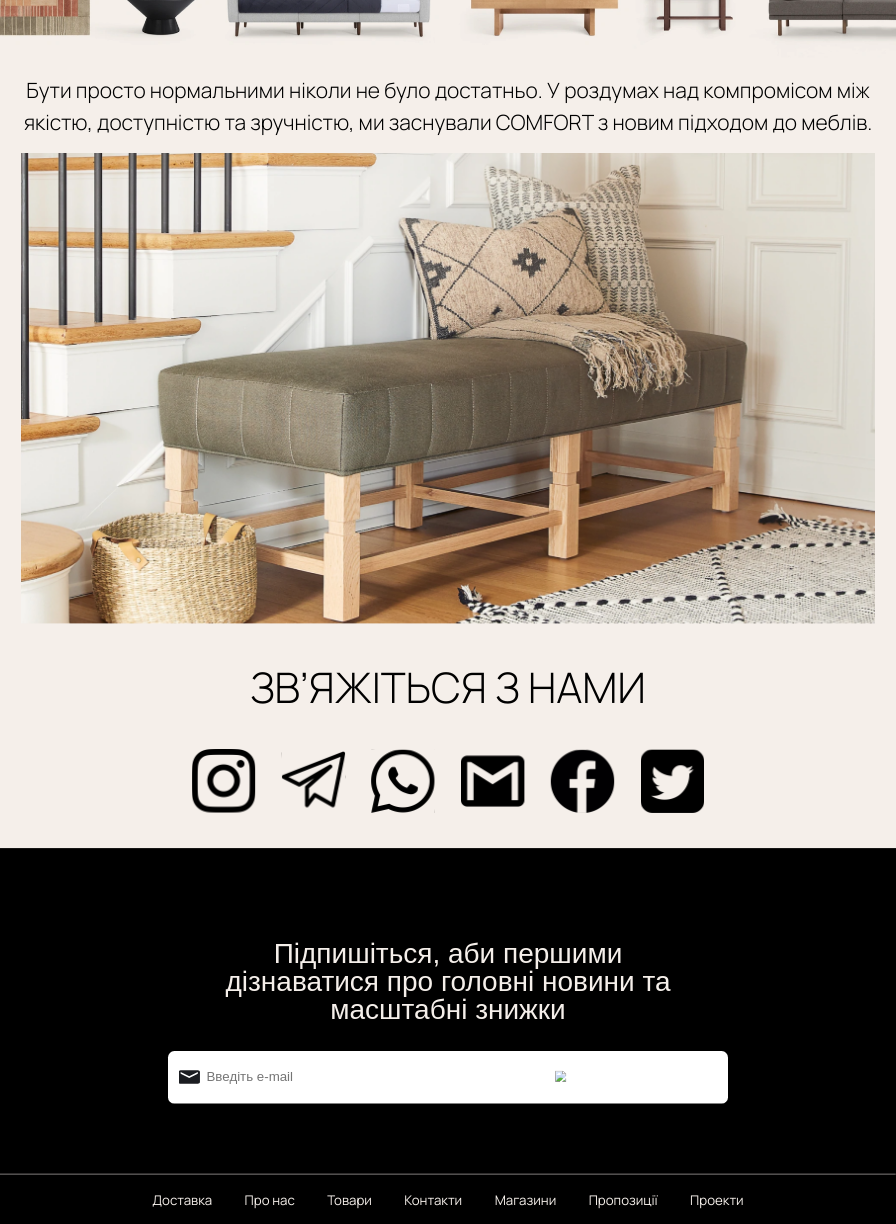
Repository: malykhinaIra/laravel
Page: http://localhost/Info
These files come from the project's save history. The page is drawn as it stood at one moment and after the next save; the edit follows.
The browser window is 1280 px wide. The pictures show the part of the page from y = 2222 to 4142 px (the page is 3971 px tall before and 4142 px after), at 70% of full size.
Some web fonts or font styles are not loaded; a fallback is used. The page is served by the project's Laravel application, run on PHP 8.4 with Laravel 9. Other server files are loaded and not shown.

Above is the page before, as saved 2022-05-06 20:50:19.

### blog/routes/web.php
<?php

use Illuminate\Support\Facades\Route;

/*
|--------------------------------------------------------------------------
| Web Routes
|--------------------------------------------------------------------------
|
| Here is where you can register web routes for your application. These
| routes are loaded by the RouteServiceProvider within a group which
| contains the "web" middleware group. Now create something great!
|
*/

Route::get('/', 'App\Http\Controllers\MainController@forLend');

Route::get('/Lend', 'App\Http\Controllers\MainController@forLend');

Route::get('/Catalog', 'App\Http\Controllers\MainController@forCatalog');

Route::get('/Info', 'App\Http\Controllers\MainController@forInfo');

Route::get('/yourReview', 'App\Http\Controllers\MainController@review');

Route::post('/yourReview/check', 'App\Http\Controllers\MainController@check');

### blog/app/Http/Controllers/MainController.php
<?php

namespace App\Http\Controllers;

use Illuminate\Http\Request;

class MainController extends Controller {

    public function forLend() {
        return view('lend');
    }

    public function forCatalog() {
        return view('catalog');
    }

    public function forInfo() {
        return view('info');
    }

    public function review() {
        return view('yourReview');
    }

    public function check(Request $request) {
        $valid = $request->validate([
            'username' => 'required|min:5|max:50',
            'email' => 'required|min:5|max:50',
            'message' => 'required|min:15|max:500'
        ]);
        dd($request);
    }

}

### blog/resources/views/info.blade.php
<!DOCTYPE html>
<html lang="ua">

<head>
    <meta charset="UTF-8">
    <meta http-equiv="X-UA-Compatible" content="IE=edge">
    <meta name="viewport" content="width=device-width, initial-scale=1.0">
    <title>Про нас</title>
    <link rel="preconnect" href="https://fonts.googleapis.com">
    <link rel="preconnect" href="https://fonts.gstatic.com" crossorigin>
    <link rel="preconnect" href="https://fonts.googleapis.com">
    <link rel="preconnect" href="https://fonts.gstatic.com" crossorigin>
    <link href="https://fonts.googleapis.com/css2?family=Lexend&family=Manrope:wght@200;300;400;500;600&display=swap"
        rel="stylesheet">
    <link
        href="https://fonts.googleapis.com/css2?family=Lexend:wght@300&family=Manrope:wght@200;300;400;500;600&display=swap"
        rel="stylesheet">
    <link rel="preconnect" href="https://fonts.googleapis.com">
    <link rel="preconnect" href="https://fonts.gstatic.com" crossorigin>
    <link href="https://fonts.googleapis.com/css2?family=Lexend&family=Manrope:wght@200;300;400;500;600&display=swap"
        rel="stylesheet">
    <link rel="preconnect" href="https://fonts.googleapis.com">
    <link rel="preconnect" href="https://fonts.gstatic.com" crossorigin>
    <link href="https://fonts.googleapis.com/css2?family=Manrope:wght@200;300;400;500;600&display=swap"
        rel="stylesheet">
    <link rel="stylesheet" href="css/info.css">
    <link rel="stylesheet" href="css/bootstrap-grid.min.css">
    <meta name="viewport" content="width=device-width">
</head>

<body>
    <hr class="hide">
    <main>
        <section class="main-img">
            <div class="container">
                <div class="row">
                    <div class="col-6">
                        <img src="img/image 38.png" class="picture">
                        <img src="img/image 38 (1).png" class="picture-mobile">
                    </div>
                    <div class="col-6" id="frame">
                        <div style="margin: 0 auto;">
                            <h1>Пpo «COMFORT»</h1>
                            <p>Ми віримо, що комфорт повинен бути доступним кожному. Маєте бажання дізнатися більше?
                                <a href="#info"><div class="button"><img src="img/Group 63 (2).svg"></div></a>
                        </div>
                    </div>
                </div>
            </div>
        </section>
        <section class="our-features">
            <h1><a name="info"></a>МЕБЛЕВА ПРОМИСЛОВІСТЬ ПОТРЕБУЄ ЗМІН</h1>
            <div class="container">
                <br>
                <div class="row">
                    <div class="col">
                        <img src="img/image 40.png"
                            style="max-width: 100%; display: block;">
                    </div>
                    <div class="col">
                        <div class="feature">
                            <h2>Відповідність ціни та якості</h2>
                            <p>Нашим першим завданням було надати клієнтам можливість купувати стильні, комфортні, та
                                при цьому не надто дорогі меблі.</p>
                            <a href="#"><img src="img/Group 64.svg"> </a>
                        </div>
                    </div>
                </div>
                <div class="row" id="second">
                    <div class="col">
                        <div class="feature-1">
                            <h2>Інноваційний дизайн</h2>
                            <p>Наша студія закріплює свою практику в двох напрямках дизайну: американському модернізмі
                                та сучасному скандинавському стилі.</p>
                            <a href="#"><img src="img/Group 64.svg"> </a>
                        </div>
                    </div>
                    <div class="col">
                        <img src="img/image 30.png">
                    </div>
                </div>
            </div>
        </section>
        <section class="unique">
            <h1>МИ НЕ ЗВИЧАЙНА МЕБЛЕВА КОМПАНІЯ</h1>
            <img src="img/image 27.png" width="100%">
            <div class="container">
                <p>Бути просто нормальними ніколи не було достатньо. У роздумах над компромісом між якістю, доступністю
                    та зручністю, ми заснували COMFORT з новим підходом до меблів.</p>
                <br>
                <img src="img/image 39.png" width="100%">
                <h2>ЗВ’ЯЖІТЬСЯ З НАМИ</h2>
                <div class="contacts" style="padding: 0px 20%; display: flex; justify-content: space-between; align-items: center;">
                    <a href="#"><img src="img/image 32.svg"></a>
                    <a href="#"><img src="img/image 33.svg"></a>
                    <a href="#"><img src="img/image 34.svg"></a>
                    <a href="#"><img src="img/image 35.svg"></a>
                    <a href="#"><img src="img/image 36.svg"></a>
                    <a href="#"><img src="img/image 37.svg"></a>
                </div>
            </div>
        </section>
    </main>
    <footer id="bottom">
    <section class="form">
    <?php if (!isset($_POST["mail"])) { ?>
                <p>Підпишіться, аби першими дізнаватися про головні новини та масштабні знижки</p>
                <div class="subscribe">
                    <form method="POST" style="width:800px; margin: 0; display: flex; align-items: center;">
                        <div style="display: flex; align-items: center;">
                            <img src="img/Shape.svg" class="message">
                            <input style="width:500px; outline: none; border: none; font-size: 25px;" type="text" name="mail" placeholder="Введіть e-mail">
                        </div>
                        <button type="submit" style="background: none; border: 0; padding:0;"><img src="img//Group 61.svg" class="sub-btn"></button>
                    </form>
                </div>
            <?php } else { ?>
                <p style="padding-top: 130px; color: #F5EFEA">Дякуємо за підписку! Перевірте свою поштову скриньку
                    <?php
                    echo htmlspecialchars($_POST["mail"]);
                    ?>
                    <a style="color: #F5EFEA; border: 0; padding:0;">
                        <p style="font-style: italic; padding: 0px; font-size:25px;">Назад
                    </a>
                <?php } ?>
    </section>
    <hr>
    <section class="footer-1">
        <a href="#">Доставка</a>
        <a href="header.php?page=info">Про нас</a>
        <a href="header.php?page=catalog">Товари</a>
        <a href="#">Контакти</a>
        <a href="#">Магазини</a>
        <a href="#">Пропозиції</a>
        <a href="#">Проекти</a>
    </section>
    <br>
</footer>
</body>

### blog/resources/views/header.blade.php
<header class="header">
</div>
        <div class="nav-1">
            <div class="nav-toggle">
                <div class="container">
                    <a href="/Info" width="10%" onclick>
                        <img src="img/Group 65.svg" class="menu">
                    </a>
                    <div class="logo"><a href="index.html">COMFORT</a></div>
                    <div class="row">
                        <div class="col">
                            <a href="#" style="margin-right: 2.5%;"><img src="img/Group 56.svg"></a>
                        </div>
                        <div class="col">
                            <a href="#"><img src="img/Group 55.svg"></a>
                        </div>
                    </div>
                </div>
            </div>
            <hr>
            <div class="border-1">
                <input type="text" size="19" placeholder="Пошук меблів">
                <a href="#" class="search-1"><img src="img/image 22 (1).svg"></a>
            </div>
        </div>

        <section class="nav">
            <a href="/Lend" class="logo">COMFORT</a>
            <a href="/Info">Про нас</a>
            <a href="#">Доставка</a>
            <a href="#">Підтримка</a>
            <a href="/Catalog">Каталог</a>
            <div class="border">
                <input type="text" size="19" placeholder="Пошук меблів" style="margin-bottom: 6px;">
                <a href="#" class="search"><img src="img/image 22 (1).svg"></a>
            </div>
            <div class="shops">
                <a href="#" style="margin-right: 5px;"><img src="img/image 57.svg"></a>
                <a href="#">Магазини</a>
            </div>
            <div class="icons">
                <a href="#"><img src="img/Group 55.svg"></a>
                <a href="#"><img src="img/Group 56.svg"></a>
                <a href="#"><img src="img/user.svg"></a>
            </div>
        </section>
    </header>

    <div class="forYield">
        @yield('content')
    </div>

Loaded but not shown: blog/app/Http/Controllers/Controller.php (common file); blog/public/css/bootstrap-grid.min.css (library); blog/public/img/Group 56.svg (4 lines, source omitted); blog/public/img/user.svg (3 lines, source omitted); blog/public/img/Group 55.svg (10 lines, source omitted); blog/public/img/image 33.svg (9 lines, source omitted); blog/public/img/image 35.svg (9 lines, source omitted); blog/public/img/image 22 (1).svg (9 lines, source omitted); blog/public/img/Shape.svg (3 lines, source omitted); blog/public/img/image 32.svg (9 lines, source omitted); blog/public/img/image 34.svg (9 lines, source omitted); blog/public/img/image 36.svg (9 lines, source omitted); blog/public/img/image 37.svg (9 lines, source omitted); blog/public/img/image 57.svg (9 lines, source omitted); blog/public/img/Group 63 (2).svg (6 lines, source omitted); blog/public/img/Group 64.svg (4 lines, source omitted); blog/public/img/Group 65.svg (5 lines, source omitted); blog/public/css/info.css (925 lines, source omitted)

After the next save:
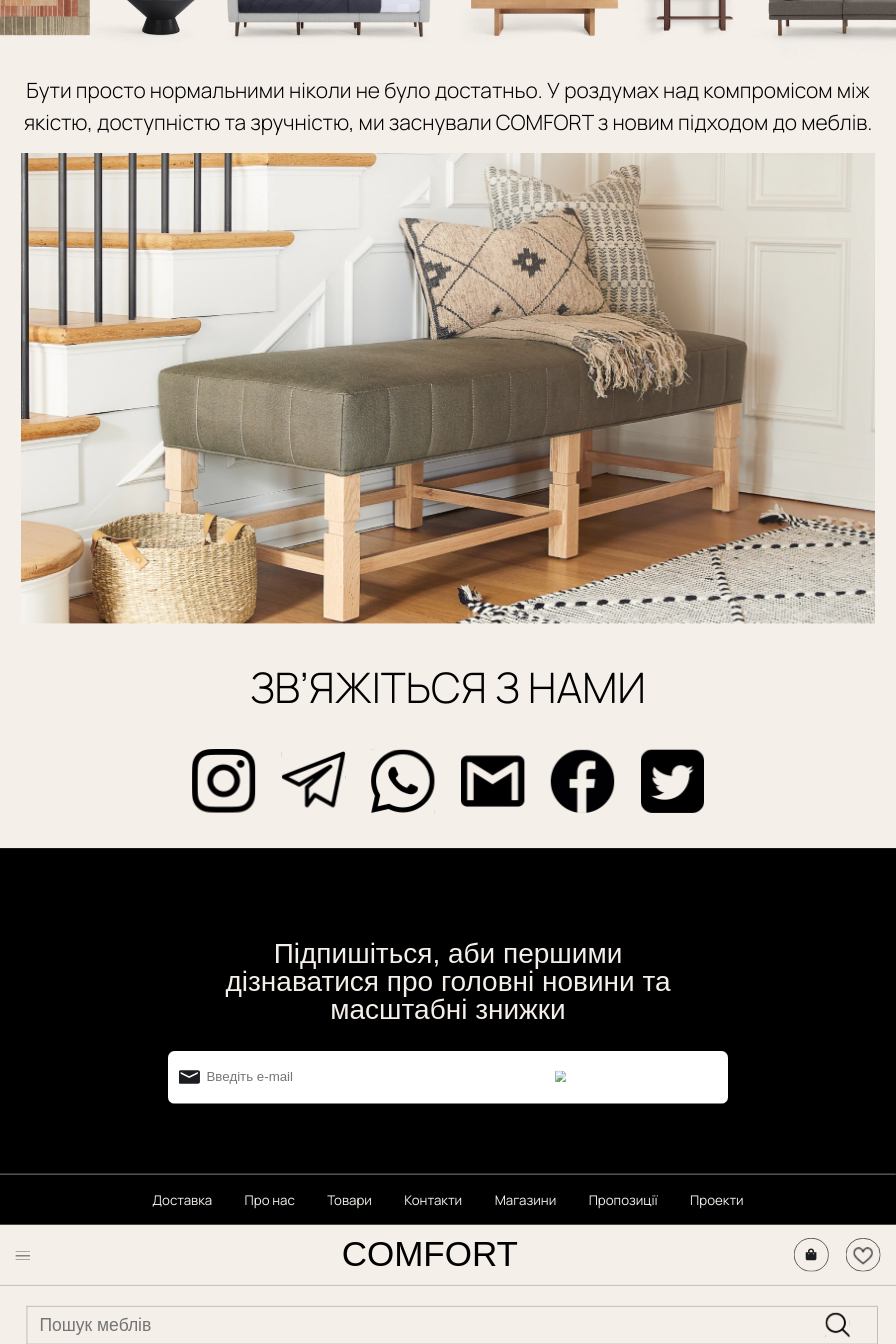
Saved 39 s later.
--- a/blog/resources/views/info.blade.php
+++ b/blog/resources/views/info.blade.php
@@ -1,3 +1,6 @@
+@extends('header')
+
+@section('content')
 <!DOCTYPE html>
 <html lang="ua">
 
